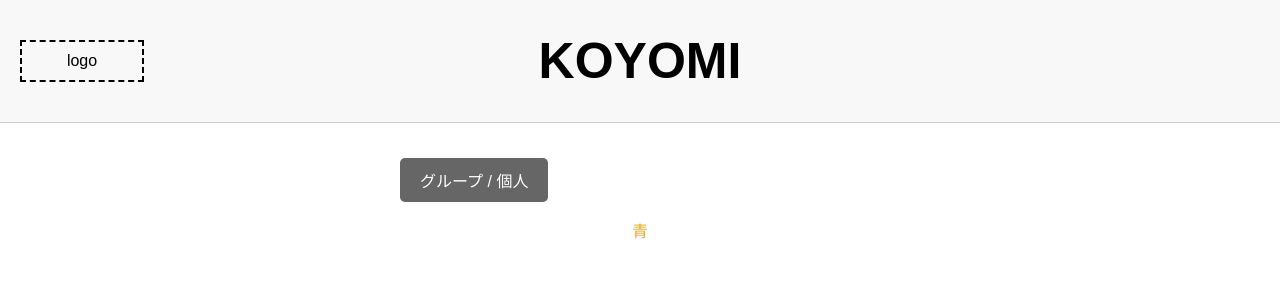
Repository: teramu0602/koyomi
Page: http://localhost/grouplist
These files come from the project's save history. The page is drawn as it stood at one moment and after the next save; the edit follows.
The browser window is 1280 px wide. The pictures show the whole page.
Some web fonts or font styles are not loaded; a fallback is used. The page is served by the project's Laravel application, run on PHP 8.4 with Laravel 9. Style sheets and scripts are compiled from the project's sources, by tool versions that may differ from the author's.

Above is the page before, as saved 2025-02-22 09:27:22.

After the next save:
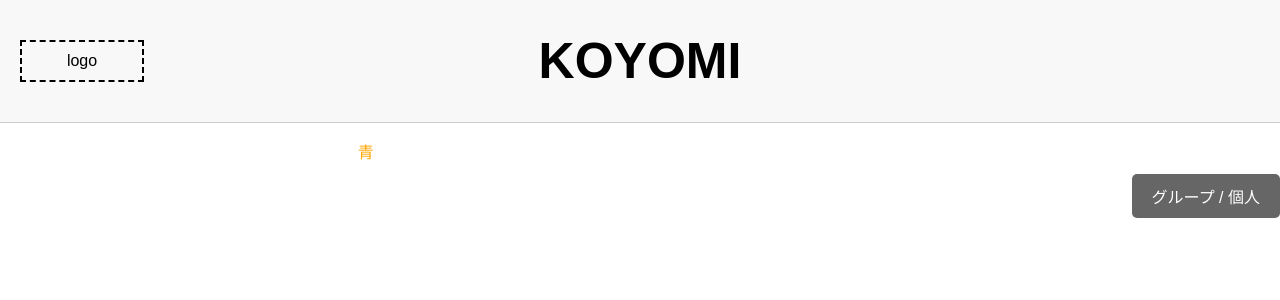
Saved 53 s later.
--- a/public/css/common.admin.css
+++ b/public/css/common.admin.css
@@ -11,3 +11,6 @@
     justify-content: flex-end !important;
     margin-right: 0px !important;
 }
+.container {
+    float: right;
+}
